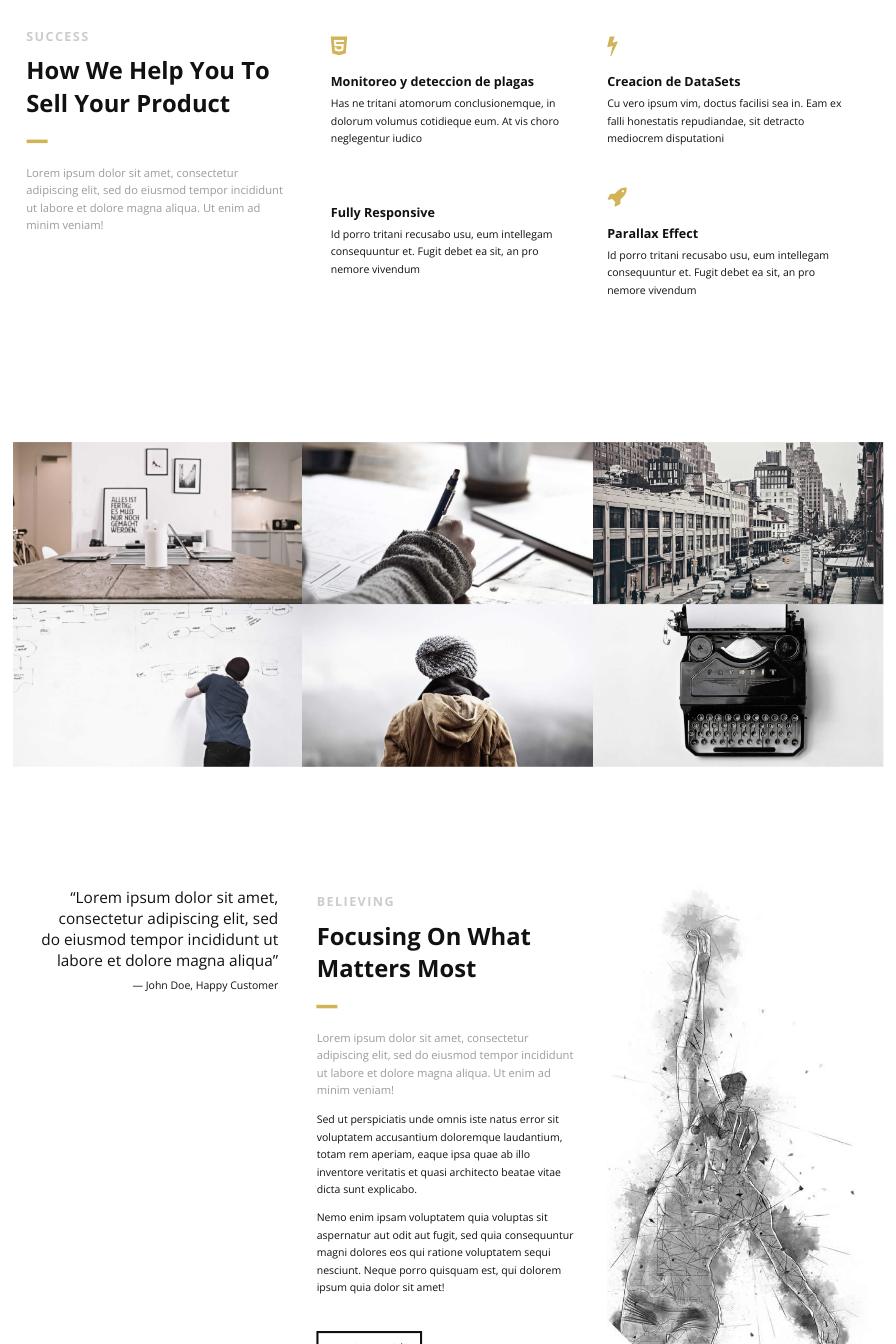
Repository: LukasMoyano/AlphaInfinityPresentationWepPage0.0.1a
Page: index.html
An editor plug-in stored every save of this project. The page is shown before and after the next save, followed by the edit.
The browser window is 1280 px wide. The pictures show the part of the page from y = 889 to 2809 px (the page is 5462 px tall before and 5523 px after), at 70% of full size.

Above is the page before, as saved 2024-05-16 20:02:21.

After the next save:
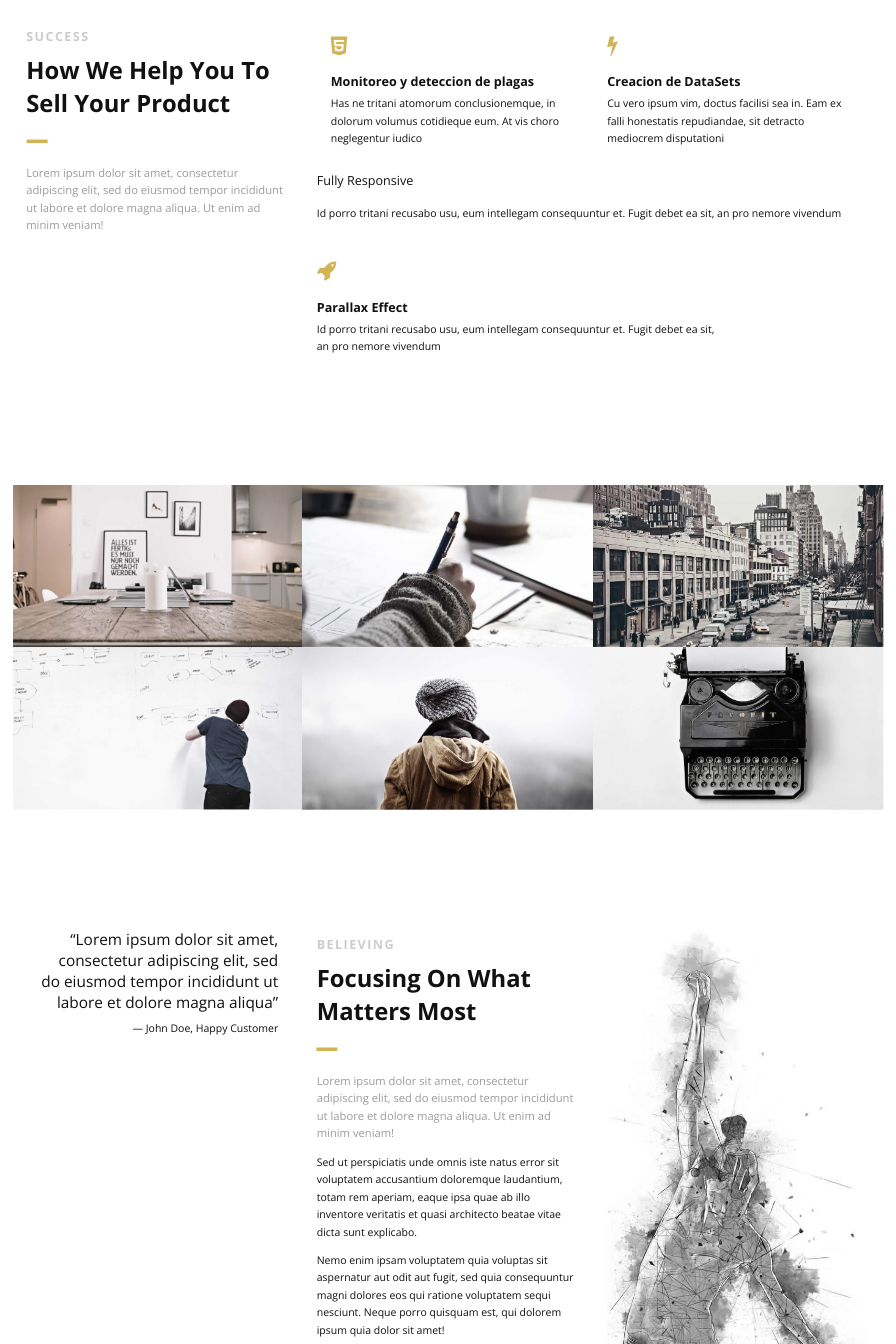
Saved 8 s later.
--- a/index.html
+++ b/index.html
@@ -205,7 +205,6 @@
                     <!--End of Icon Block-->
 
                     <!--Icon Block-->
-                    <div class="col-2 icon-block icon-top wow fadeInUp" data-wow-delay="0.5s">
                         <!--Icon-->
                         <div class="icon">
                         </div>
